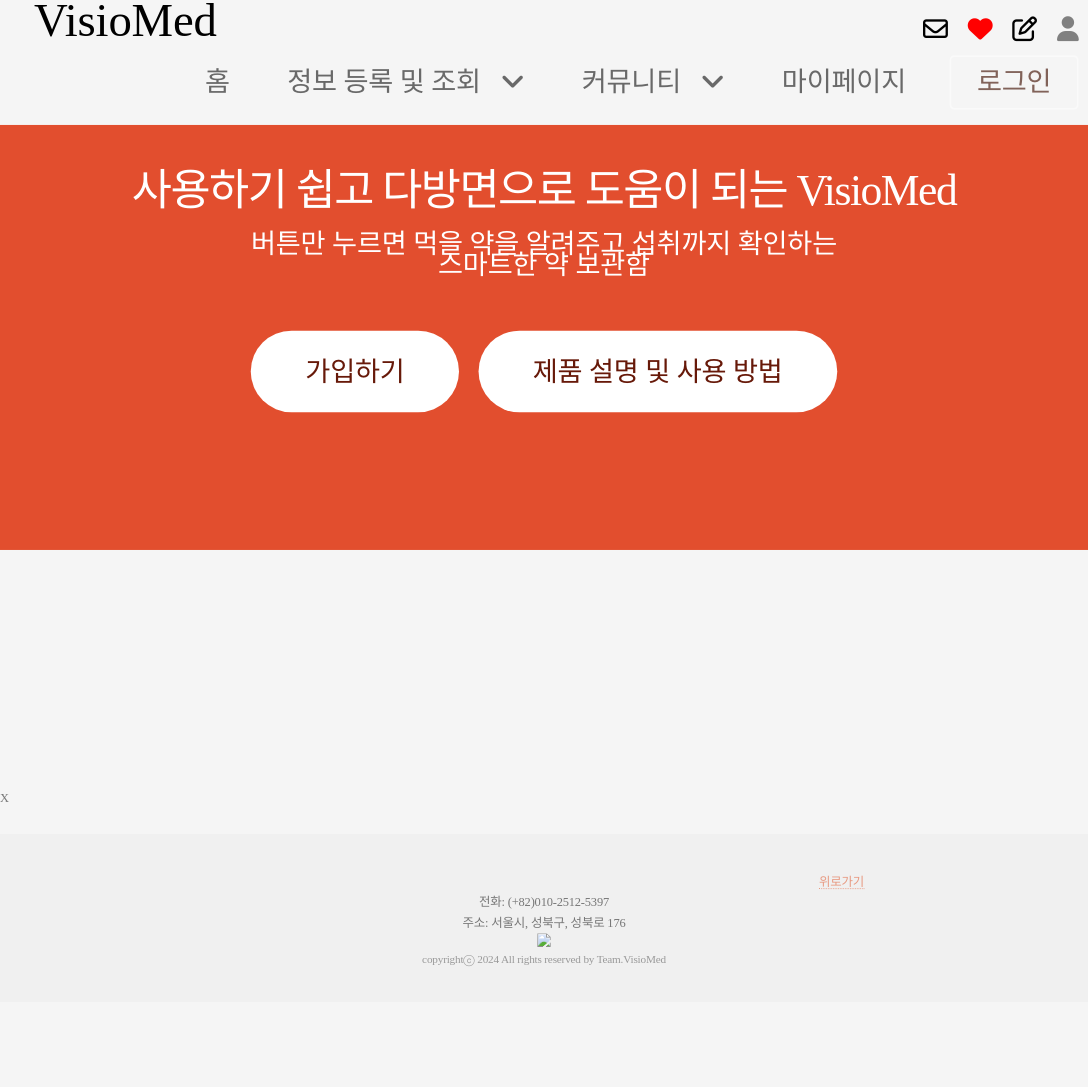
Repository: Jeffrey-Moon/visiomed
Page: http://localhost/Project_VisioMed/Index.jsp
An editor plug-in stored every save of this project. The page is shown before and after the next save, followed by the edit.
The browser window is 1280 px wide. The pictures show the whole page, at 85% of full size.
Some web fonts or font styles are not loaded; a fallback is used. Some web libraries are served in a nearby version. The page is served by Tomcat 9.

Above is the page before, as saved 2024-07-20 06:10:58.
Console error: SyntaxError: Unexpected token '<'

After the next save:
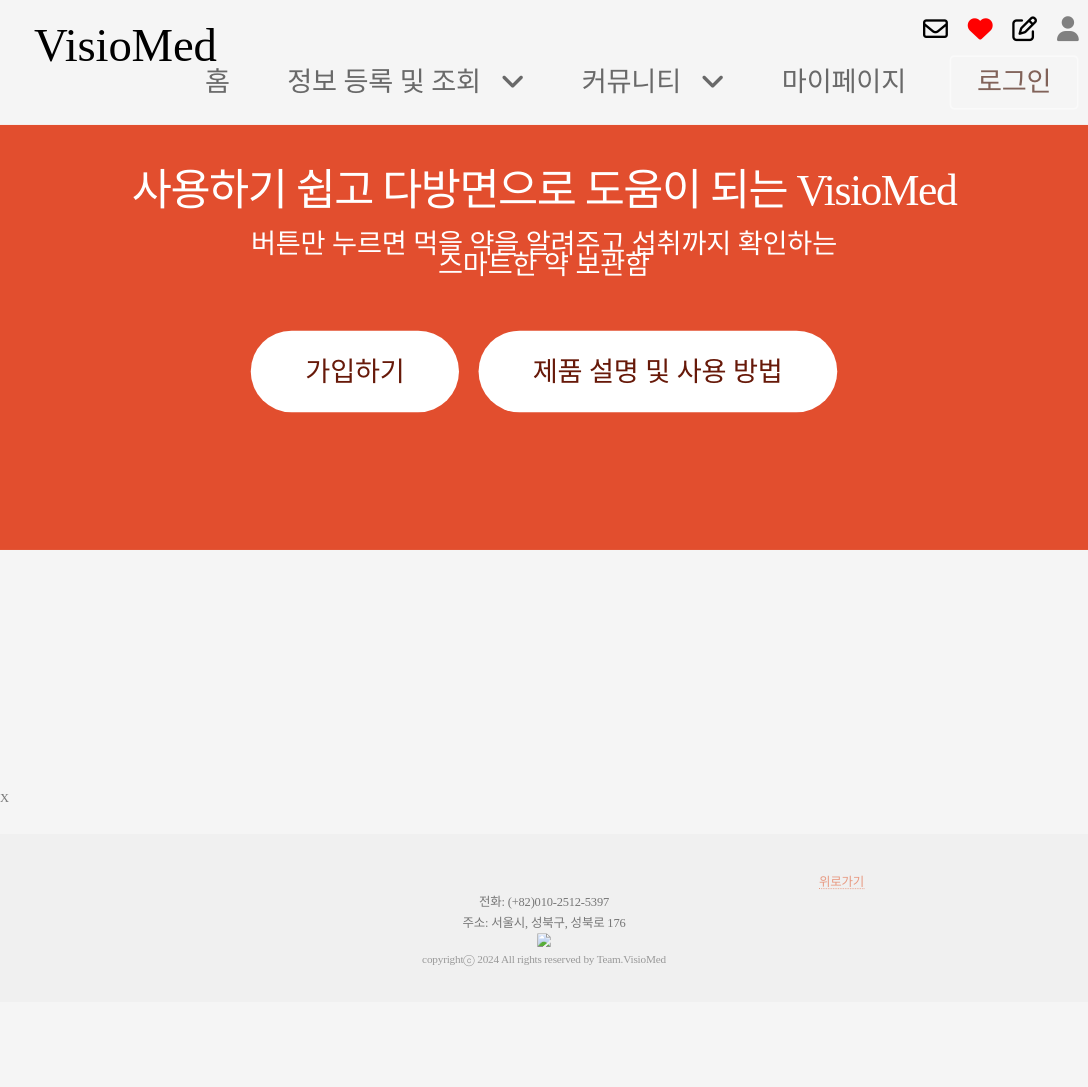
Saved 20 s later.
--- a/Project_VisioMed/Project_VisioMed/src/main/webapp/Index.jsp
+++ b/Project_VisioMed/Project_VisioMed/src/main/webapp/Index.jsp
@@ -59,8 +59,8 @@ background-repeat: no-repeat;
 
 		<!-- Header -->
 		<header id="header" class="alt">
-			<h1 style="color: black;font-size:xx-large;">
-				<a href="Index.jsp" style="color: black;font-size:55px;top:30px;">VisioMed&nbsp;&nbsp;</a>
+			<h1 style="color: black;font-size:xx-large;top:30px;">
+				<a href="Index.jsp" style="color: black;font-size:55px;">VisioMed&nbsp;&nbsp;</a>
 			</h1>
 
 			<nav id="nav" style="text-align:right;">
